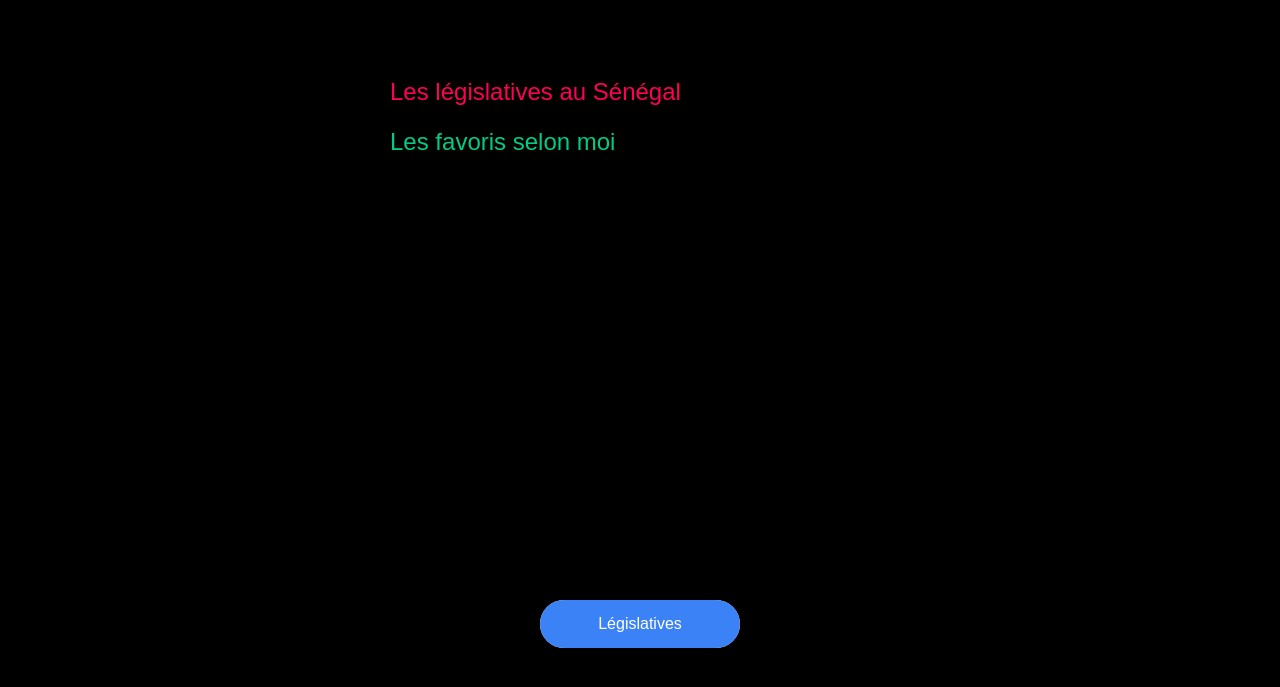
Repository: MDiouf9/legislatives
Page: /
An editor plug-in stored every save of this project. The page is shown before and after the next save, followed by the edit.
The browser window is 1280 px wide. The pictures show the whole page.
The project was rebuilt for these pictures with package versions that can differ from the ones it lists, and the page was loaded fresh each time. The framework's server and built-in components were replaced by stand-ins that run in the browser. Also part of the build but not shown: next.config.ts.

Above is the page before, as saved 2024-10-31 23:29:44.

### src/app/layout.tsx
import type { Metadata } from "next";
import localFont from "next/font/local";
import "./globals.css";


const geistSans = localFont({
  src: "./fonts/GeistVF.woff",
  variable: "--font-geist-sans",
  weight: "100 900",
});
const geistMono = localFont({
  src: "./fonts/GeistMonoVF.woff",
  variable: "--font-geist-mono",
  weight: "100 900",
});

export const metadata: Metadata = {
  title: "Legislatives 2024",
  description: " Pour mettre en avant les legislatives ",
};

export default function RootLayout({
  children,
}: Readonly<{
  children: React.ReactNode;
}>) {
  return (
    <html lang="en">
      <body
        className={`${geistSans.variable} ${geistMono.variable} antialiased`}
      >
        {children}
      </body>
    </html>
  );
}

### src/app/page.tsx
"use client"

import { div } from "framer-motion/client"
import { Boutton } from "./Composants/Boutton"
import Text from "./Composants/Text";


export default function Page() {
  return (


  <div  className="flex flex-col  justify-center items-center">
   <Text/>


   {/* <button
  type="button"
  className="text-white bg-gradient-to-r from-green-600 via-yellow-500 to-red-600 hover:bg-gradient-to-br focus:ring-4 focus:outline-none focus:ring-yellow-300 dark:focus:ring-yellow-800 shadow-lg shadow-yellow-500/50 dark:shadow-lg dark:shadow-yellow-800/80 font-medium rounded-lg text-sm px-5 py-2.5 text-center me-2 mb-2"
>
  Legislatives

</button> */}
<Boutton/>


  </div>
   )
}

### src/app/globals.css
@tailwind base;
@tailwind components;
@tailwind utilities;

/* :root {
  --background: #ffffff;
  --foreground: #171717;
}

@media (prefers-color-scheme: dark) {
  :root {
    --background: #0a0a0a;
    --foreground: #ededed;
  }
} */

body {
  /* color: var(--foreground);*/
  background: black;
  font-family: Arial, Helvetica, sans-serif;
}

### src/app/Composants/Boutton.tsx
import React, { useState } from 'react';
import { AnimatePresence, motion } from 'framer-motion';
import { X } from 'lucide-react';

interface Logo {
  id: number;
  src: string;
  photo: string;
  shadowColor: string; // Ajout de la couleur d'ombre personnalisée
}

const logos: Logo[] = [
  {
    id: 1,
    src: '/pastef.jpg',
    photo: '/soko.jpg',
    shadowColor: 'rgba(59, 130, 246, 0.5)' // Bleu
  },
  {
    id: 2,
    src: '/jame.jpg',
    photo: '/amaba.jpg',
    shadowColor: 'rgba(16, 185, 129, 0.5)' // Vert
  },
  {
    id: 3,
    src: '/samekadu.jpg',
    photo: '/bandit.jpg',
    shadowColor: 'rgba(236, 72, 153, 0.5)' // Rose
  }
];

export const Boutton = () => {
  const [isRevealed, setIsRevealed] = useState(false);
  const [selectedLogo, setSelectedLogo] = useState<Logo | null>(null);

  const containerVariants = {
    initial: { width: '200px', borderRadius: '9999px' },
    revealed: { width: '100%', borderRadius: '16px', transition: { duration: 0.5, ease: 'easeInOut' } }
  };

  const logoVariants = {
    initial: { opacity: 0, x: -20 },
    revealed: { opacity: 1, x: 0, transition: { duration: 0.3 } }
  };

  const imageVariants = {
    initial: {
      opacity: 0,
      scale: 0.9,
      boxShadow: '0 0 0 rgba(0,0,0,0)'
    },
    revealed: {
      opacity: 1,
      scale: 1,
      boxShadow: '0 8px 32px', // L'ombre sera définie dynamiquement
      transition: {
        duration: 0.3,
        boxShadow: { duration: 0.4 }
      }
    },
    exit: {
      opacity: 0,
      scale: 0.9,
      boxShadow: '0 0 0 rgba(0,0,0,0)',
      transition: { duration: 0.2 }
    }
  };

  const toggleRevealed = () => {
    setIsRevealed(!isRevealed);
    setSelectedLogo(null);
  };

  const handleLogoClick = (logo: Logo) => {
    if (selectedLogo?.id === logo.id) {
      setSelectedLogo(null);
    } else {
      setSelectedLogo(logo);
    }
  };

  return (
    <div className="relative flex flex-col gap-4">
      <AnimatePresence mode="wait">
        {selectedLogo && (
          <motion.div
            key={selectedLogo.id}
            initial="initial"
            animate="revealed"
            exit="exit"
            variants={imageVariants}
            style={{
              boxShadow: `0 8px 32px ${selectedLogo.shadowColor}`
            }}
            className="w-full rounded-lg overflow-hidden"
          >
            <motion.img
              src={selectedLogo.photo}
              alt="Selected logo"
              className="w-full h-48 object-cover"
              layoutId={`photo-${selectedLogo.id}`}
            />
          </motion.div>
        )}
      </AnimatePresence>

      <motion.div
        className='bg-white shadow-lg rounded-full overflow-hidden'
        initial="initial"
        animate={isRevealed ? 'revealed' : 'initial'}
        variants={containerVariants}
      >
        {!isRevealed ? (
          <motion.button
            onClick={toggleRevealed}
            className="px-6 py-3 bg-blue-500 text-white w-full flex items-center justify-center"
            whileHover={{ scale: 1.05 }}
            whileTap={{ scale: 0.95 }}
          >
            Législatives
          </motion.button>
        ) : (
          <motion.div
            className='flex items-center space-x-4 p-4'
            initial="initial"
            animate="revealed"
            variants={logoVariants}
          >
            {logos.map((logo) => (
              <motion.div
                key={logo.id}
                onClick={() => handleLogoClick(logo)}
                className={`relative cursor-pointer transition-transform duration-200 ${
                  selectedLogo?.id === logo.id ? 'scale-110' : ''
                }`}
                whileHover={{ scale: 1.05 }}
                whileTap={{ scale: 0.95 }}
              >
                <motion.div
                  className="rounded-full"
                  style={{
                    boxShadow: selectedLogo?.id === logo.id
                      ? `0 0 12px ${logo.shadowColor}`
                      : 'none'
                  }}
                >
                  <img
                    src={logo.src}
                    alt="logo parties"
                    className='w-10 h-10 rounded-full object-cover'
                  />
                </motion.div>
              </motion.div>
            ))}
            <motion.button
              onClick={toggleRevealed}
              className="ml-auto bg-red-500 text-white p-2 rounded-full"
              whileHover={{ scale: 1.1 }}
              whileTap={{ scale: 0.95 }}
            >
              <X />
            </motion.button>
          </motion.div>
        )}
      </motion.div>
    </div>
  );
};

### src/app/Composants/Text.tsx
import React from "react";
import { motion, Variants } from "framer-motion";

// Définition des propriétés du composant AnimatedText
interface AnimatedTextProps {
  text: string;
  x: number;
  y: number;
  fontSize?: number;
  fill?: string;
  delay: number;
}

// Variants pour l'animation du texte
const drawText: Variants = {
  hidden: { opacity: 0 },
  visible: (custom: number) => ({
    opacity: 1,
    transition: {
      opacity: { delay: custom, duration: 0.5 },
    },
  }),
};

// Composant AnimatedText avec les props typées
const AnimatedText: React.FC<AnimatedTextProps> = ({ text, x, y, fontSize = 24, fill = "#000", delay }) => (
  <motion.text
    x={x}
    y={y}
    fontSize={fontSize}
    fill={fill}
    variants={drawText}
    custom={delay}
    initial="hidden"
    animate="visible"
  >
    {text}
  </motion.text>
);

// Composant principal Text
const Text: React.FC = () => {
  return (
    <motion.svg
      width="600"
      height="600"
      viewBox="0 0 600 600"
      initial="hidden"
      animate="visible"
    >
      {/* Texte animé : "Les législatives au Sénégal" */}
      <AnimatedText
        text="Les législatives au Sénégal"
        x={50}
        y={100}
        fontSize={24}
        fill="#ff0055"
        delay={1}
      />

      {/* Texte animé : "Les favoris selon moi" */}
      <AnimatedText
        text="Les favoris selon moi"
        x={50}
        y={150}
        fontSize={24}
        fill="#00cc88"
        delay={1.5}
      />
    </motion.svg>
  );
};

export default Text;

Loaded but not shown: tailwind.config.ts (common file)

After the next save:
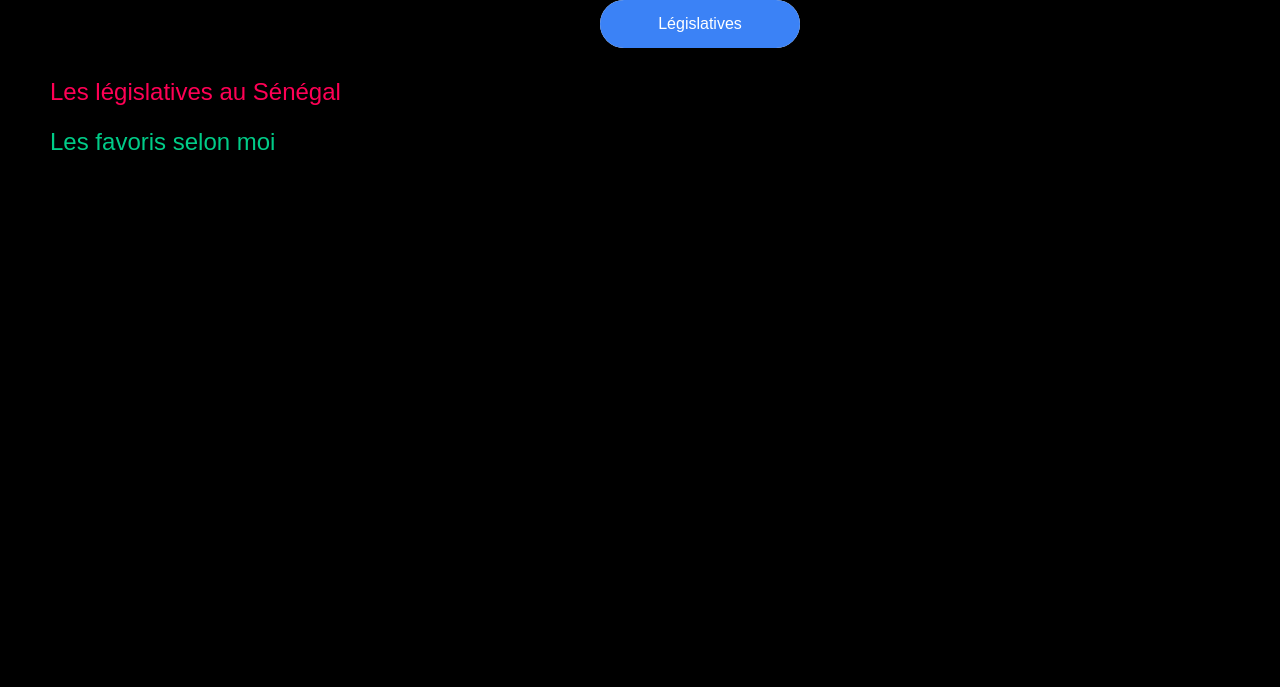
Saved 19 s later.
--- a/src/app/page.tsx
+++ b/src/app/page.tsx
@@ -9,10 +9,10 @@ export default function Page() {
   return (
 
 
-  <div  className="flex flex-col  justify-center items-center">
+  <div  className="flex jus">
    <Text/>
 
-
+   <div className="max-w-md ">
    {/* <button
   type="button"
   className="text-white bg-gradient-to-r from-green-600 via-yellow-500 to-red-600 hover:bg-gradient-to-br focus:ring-4 focus:outline-none focus:ring-yellow-300 dark:focus:ring-yellow-800 shadow-lg shadow-yellow-500/50 dark:shadow-lg dark:shadow-yellow-800/80 font-medium rounded-lg text-sm px-5 py-2.5 text-center me-2 mb-2"
@@ -21,7 +21,7 @@ export default function Page() {
 
 </button> */}
 <Boutton/>
-
+   </div>
 
   </div>
    )
